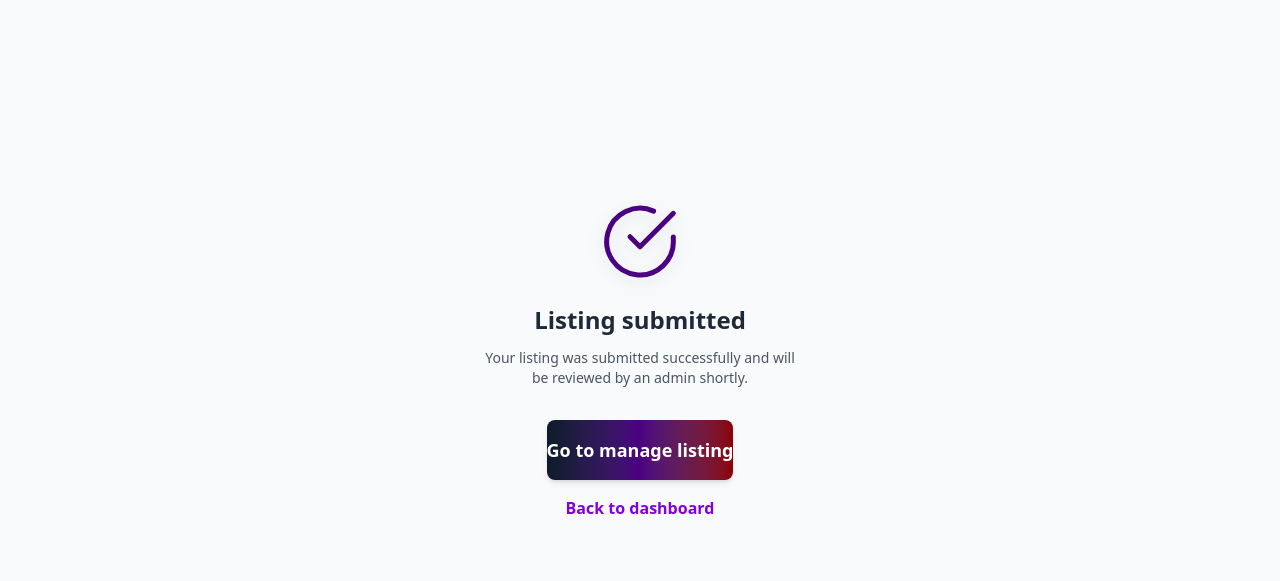
Repository: Em-driod/spotify-clone
Page: /third
An editor plug-in stored every save of this project. The page is shown before and after the next save, followed by the edit.
The browser window is 1280 px wide. The pictures show the whole page.
The project was rebuilt for these pictures with package versions that can differ from the ones it lists, and the page was loaded fresh each time. Also part of the build but not shown: vite.config.ts, src/pages/veryify.tsx, src/pages/LandingPage.tsx, src/pages/Back.tsx, src/pages/Change.tsx, src/pages/onboard.tsx, src/pages/Skips.tsx, src/pages/Otp.tsx and 12 more.

Above is the page before, as saved 2025-07-09 19:03:42.

After the next save:
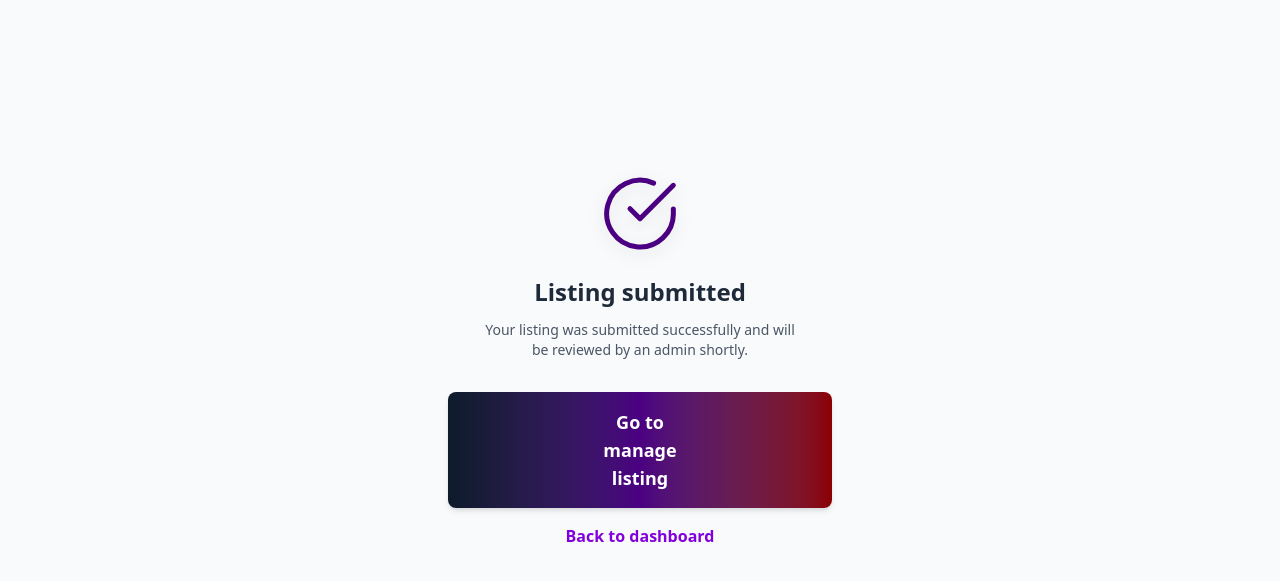
Saved 30 s later.
--- a/src/pages/Third.tsx
+++ b/src/pages/Third.tsx
@@ -36,7 +36,7 @@ const Third = () => {
         {/* Go to manage listing Button */}
         <Link to='/manage'>
         <button
-          className="w-full max-w-sm py-4 rounded-lg text-lg font-bold text-white shadow-md transition-all duration-300 mb-4
+          className="w-full max-w-sm py-4 px-36 rounded-lg text-lg font-bold text-white shadow-md transition-all duration-300 mb-4
           bg-gradient-to-r from-[#0d1b2a] via-[#4b0082] to-[#8b0000] hover:from-purple-900 hover:to-purple-600"
           >
           Go to manage listing
